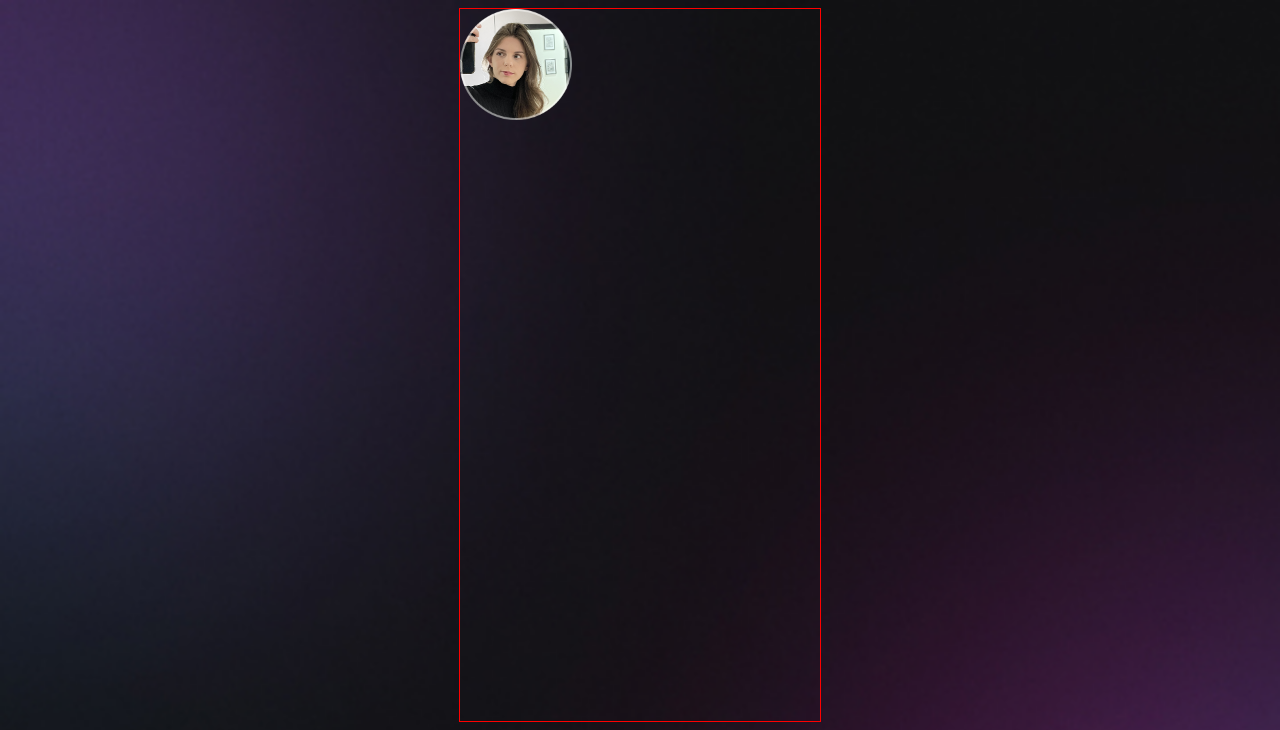
Repository: Fr4nc021/Pagina-de-links-
Page: index.html
The author's editor kept a copy of each file at every save. The page is drawn from the files as they stood at one save, then again after the next save.
The browser window is 1280 px wide. The pictures show the whole page.

Above is the page before, as saved 2025-02-07 16:12:08.

After the next save:
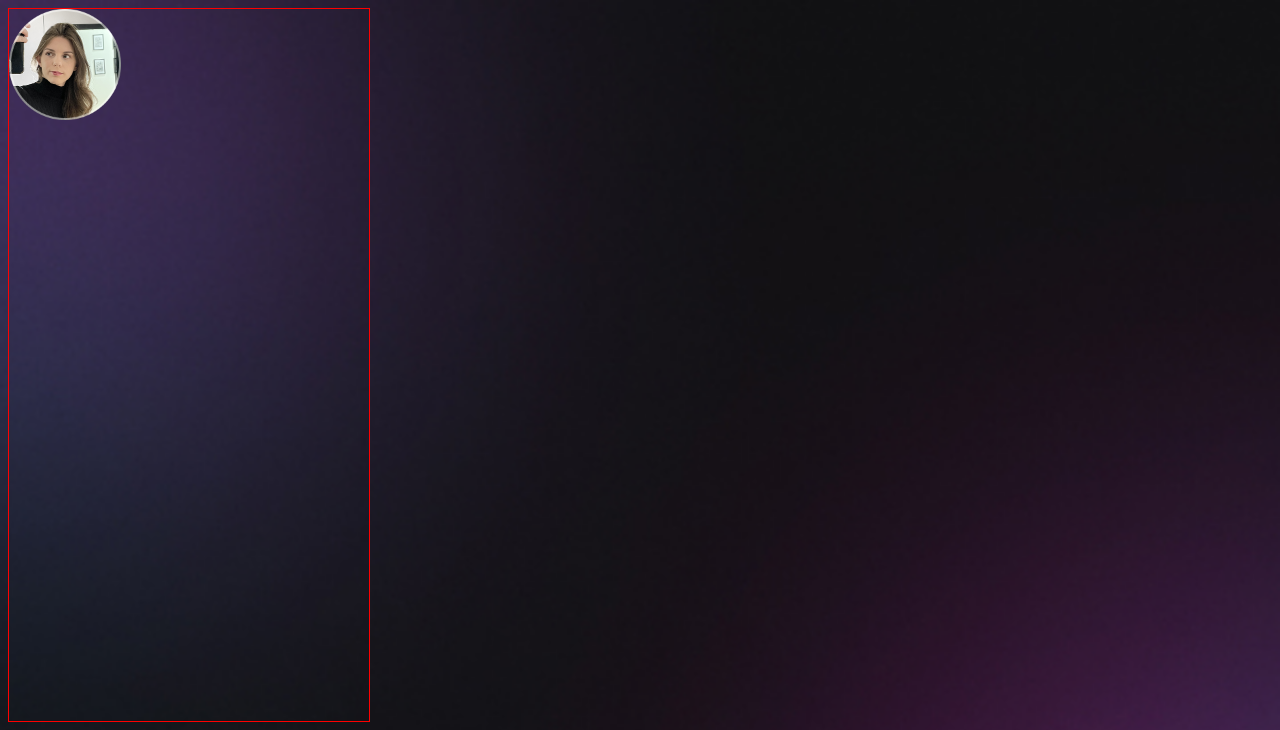
Saved 46 s later.
--- a/style.css
+++ b/style.css
@@ -14,10 +14,8 @@ background: url(./assets/bg-mobile.jpg) no-repeat top center/cover;
     width: 360px;
     height: 712px;
     border: 1px solid red;
-    margin: auto;
 }
 
 #profile img {
     width: 112px;
-    display: flexbox;
 }
